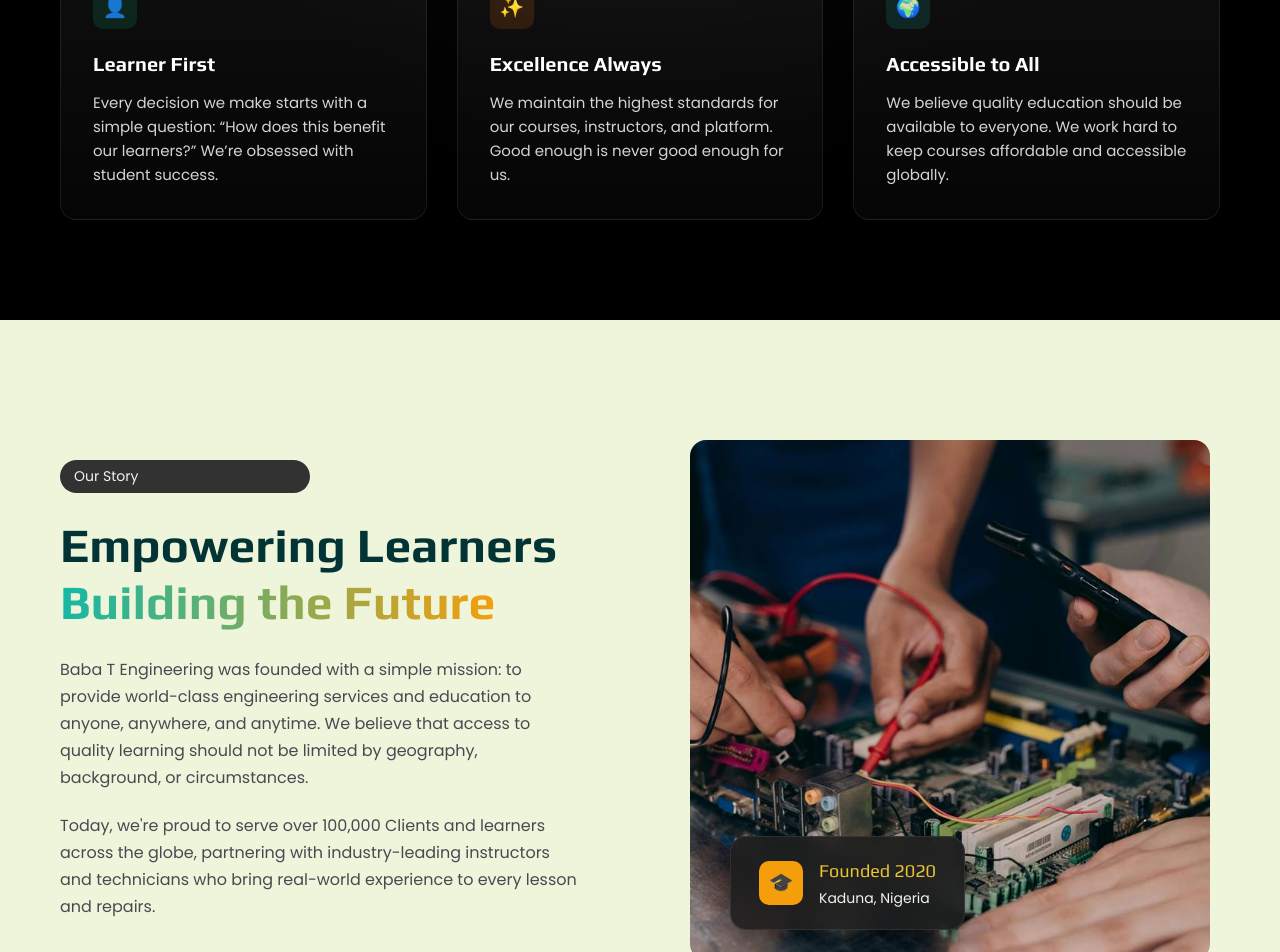
Repository: KC-Minchakpu/babatunde
Page: /
An editor plug-in stored every save of this project. The page is shown before and after the next save, followed by the edit.
The browser window is 1280 px wide. The pictures show the part of the page from y = 1248 to 2200 px (the page is 2328 px tall).
The project was rebuilt for these pictures with package versions that can differ from the ones it lists, and the page was loaded fresh each time. The framework's server and built-in components were replaced by stand-ins that run in the browser. Also part of the build but not shown: next.config.ts.

Above is the page before, as saved 2026-02-14 22:36:52.

### src/app/layout.tsx
import type { Metadata } from "next";
import { Play, Poppins } from "next/font/google";
import "./globals.css";
import Header from "@/components/Header/Header";

const play = Play({
  variable: "--font-play",
  subsets: ["latin"],
  weight: ["400", "700"],
});

const poppins = Poppins({
  variable: "--font-poppins",
  subsets: ["latin"],
  weight: ["400", "500", "600", "700"],
});

export const metadata: Metadata = {
  title: "Create Next App",
  description: "Generated by create next app",
};

export default function RootLayout({
  children,
}: Readonly<{
  children: React.ReactNode;
}>) {
  return (
    <html lang="en">
      <body
        className={`${play.variable} ${poppins.variable} antialiased`}
      >
        <Header />
        {children}
      </body>
    </html>
  );
}

### src/app/page.tsx
import Hero from "@/components/Hero/Hero";
import Values from "@/components/Values/Values";
import Story from "@/components/Story/Story";


export default function Home() {
  return (
    <>
     <main>
      <Hero />
      <Values />
      <Story />
     </main>
    </>
  );
}

### src/app/globals.css
@import "tailwindcss";

:root {
  --background: #023436;
  --foreground: #f0f0f0;
}

body {
  background: var(--background);
  color: var(--foreground);
  font-family: var(--font-poppins);
}

h1, h2, h3, h4, h5, h6 {
  font-family: var(--font-play);
}

h1 {
  color: red;
  font-size: 35px;
}

### src/components/Header/Header.tsx
"use client";

import Link from "next/link";
import styles from "./Header.module.css";
import { useState } from "react";

const Header = () => {
  const [isOpen, setIsOpen] = useState(false);

  return (
    <header className={styles.header}>
      <div className={styles.container}>
        {/* Logo */}
        <div className={styles.logo}>
          <span className={styles.logoCircle}>Ed</span>
          <span className={styles.logoText}>Baba T </span>
        </div>

        {/* Navigation */}
        <nav className={styles.nav}>
          <Link href="/">Home</Link>

          <div
            className={styles.dropdown}
            onMouseEnter={() => setIsOpen(true)}
            onMouseLeave={() => setIsOpen(false)}
          >
            <span className={styles.dropdownToggle}>About</span>

            {isOpen && (
              <div className={styles.dropdownMenu}>
                <Link href="/about/history">Our History</Link>
                <Link href="/about/team">Our Team</Link>
                <Link href="/about/mission">Mission & Vision</Link>
                <Link href="/about/values">Core Values</Link>
                <Link href="/about/careers">Careers</Link>
              </div>
            )}
          </div>

          <Link href="/students-life">Students Life</Link>
          <Link href="/services">Services</Link>
          <Link href="/training-programs">Training Programs</Link>
          <Link href="/blog">Blog</Link>
          <Link href="/contact">Contact Us</Link>
        </nav>

        {/* Auth Buttons */}
        <div className={styles.actions}>
          <button className={styles.signIn}>Sign In</button>
          <button className={styles.signUp}>Sign Up</button>
        </div>
      </div>
    </header>
  );
};

export default Header;

### src/components/Hero/Hero.tsx
import Image from "next/image";
import styles from "./Hero.module.css";

export default function Hero() {
  return (
    <section className={styles.hero}>
      <div className={styles.container}>
        {/* LEFT CONTENT */}
        <div className={styles.left}>
          <span className={styles.badge}>
            — EXCELLENCE IN CIRCUIT REPAIR AND MAINTENANCE
          </span>

          <h1 className={styles.title}>
            Restoring Power, <br /> Precision, and Performance
          </h1>

          <p className={styles.description}>
            At Baba T Engineering, we specialize in professional electronic hardware
            repairs, with a focus on computer motherboards, laptops, and other
            critical devices. We combine expert craftsmanship with cutting-edge
            diagnostic tools to bring your electronics back to life — fast,
            affordable, and reliable.
          </p>

          <div className={styles.buttonGroup}>
            <button className={styles.primaryBtn}>Book a Repair</button>
            <button className={styles.secondaryBtn}>Apply Today!</button>
          </div>

          {/* STATS */}
          <div className={styles.stats}>
            <div className={styles.stat}>
              <h3>25+</h3>
              <p>Years Experience</p>
            </div>

            <div className={styles.stat}>
              <h3>5000+</h3>
              <p>Devices Repaired</p>
            </div>

            <div className={styles.stat}>
              <h3>3000+</h3>
              <p>Satisfied Clients</p>
            </div>
          </div>
        </div>

        {/* RIGHT IMAGE */}
        <div className={styles.right}>
          <div className={styles.imageWrapper}>
            <Image
              src="/images/misc-16.jpeg"
              alt="Construction worker"
              fill
              className={styles.image}
              priority
            />

            <div className={styles.overlayCard}>
              <h4>ISO 9001:2015</h4>
              <p>Certified Construction</p>
            </div>
          </div>
        </div>
      </div>
    </section>
  );
}

### src/components/Values/Values.tsx
import styles from "./Values.module.css";

export default function Values() {
  return (
    <section className={styles.values}>
      <div className={styles.container}>
        {/* Header */}
        <div className={styles.header}>
          <h2>Our Values</h2>
          <p>These core principles guide everything we do at Baba T Engineering.</p>
        </div>

        {/* Cards */}
        <div className={styles.grid}>
          <div className={styles.card}>
            <div className={`${styles.icon} ${styles.iconGreen}`}>
              👤
            </div>
            <h3>Learner First</h3>
            <p>
              Every decision we make starts with a simple question: “How does
              this benefit our learners?” We’re obsessed with student success.
            </p>
          </div>

          <div className={styles.card}>
            <div className={`${styles.icon} ${styles.iconOrange}`}>
              ✨
            </div>
            <h3>Excellence Always</h3>
            <p>
              We maintain the highest standards for our courses, instructors,
              and platform. Good enough is never good enough for us.
            </p>
          </div>

          <div className={styles.card}>
            <div className={`${styles.icon} ${styles.iconTeal}`}>
              🌍
            </div>
            <h3>Accessible to All</h3>
            <p>
              We believe quality education should be available to everyone. We
              work hard to keep courses affordable and accessible globally.
            </p>
          </div>
        </div>
      </div>
    </section>
  );
}

### src/components/Story/Story.tsx
import Image from "next/image";
import styles from "./Story.module.css";

export default function Story() {
  return (
    <section className={styles.story}>
      <div className={styles.container}>
        {/* LEFT CONTENT */}
        <div className={styles.left}>
          <span className={styles.badge}>Our Story</span>

          <h2 className={styles.title}>
            Empowering Learners<br />
            <span>Building the Future</span>
          </h2>

          <p className={styles.description}>
            Baba T Engineering was founded with a simple mission: to provide world-class
            engineering services and education to anyone, anywhere, and anytime. We believe that access to quality
            learning should not be limited by geography, background, or
            circumstances.
          </p>

          <p className={styles.description}>
            Today, we&apos;re proud to serve over 100,000 Clients and learners across the globe,
            partnering with industry-leading instructors and technicians who bring real-world
            experience to every lesson and repairs.
          </p>
        </div>

        {/* RIGHT IMAGE */}
        <div className={styles.right}>
          <div className={styles.imageWrapper}>
            <Image
              src="/images/power-systems.jpg"
              alt="Technician working on power systems"
              fill
              className={styles.image}
              priority
            />

            <div className={styles.floatingCard}>
              <div className={styles.icon}>🎓</div>
              <div>
                <h4>Founded 2020</h4>
                <p>Kaduna, Nigeria</p>
              </div>
            </div>
          </div>
        </div>
      </div>
    </section>
  );
}

### src/components/Header/Header.module.css
.header {
  width: 100%;
  height: 100px;
  background: #0F1A20;
  padding: 20px;
  position: sticky;
  top: 0;
  z-index: 1000;
}

.container {
  width: 90%;
  margin: 0 auto;
  display: flex;
  align-items: center;
  justify-content: space-between;
}

/* Logo */
.logo {
  display: flex;
  align-items: center;
  gap: 8px;
  cursor: pointer;
}

.logoCircle {
  width: 40px;
  height: 40px;
  border-radius: 50%;
  background: linear-gradient(135deg, #8e2de2, #4a00e0);
  display: flex;
  align-items: center;
  justify-content: center;
  color: white;
  font-weight: bold;
}

.logoText {
  font-size: 22px;
  font-weight: 600;
  color: #ffffff;
}

/* Nav */
.nav {
  display: flex;
  align-items: center;
  gap: 24px;
  font-family: 'Play', sans-serif;

}

.nav a,
.dropdownToggle {
  color: #ffffff;
  text-decoration: none;
  font-size: 19px;
  cursor: pointer;
  position: relative;
  transition: color 0.3s ease;
}

.nav a:hover,
.dropdownToggle:hover {
  color: #FFD23F;
}

/* Dropdown */
.dropdown {
  position: relative;
}

.dropdownMenu {
  position: absolute;
  width: 250px;
  top: 35px;
  left: 0;
  background: #0F1A20;
  border-radius: 8px;
  padding: 10px 0;
  min-width: 180px;
  box-shadow: 0 10px 25px rgba(0, 0, 0, 0.15);
  display: flex;
  flex-direction: column;
}

.dropdownMenu a {
  padding: 10px 16px;
  color: #ffffff;
  font-size: 19px;
  text-decoration: none;
  transition: background 0.2s ease;
}

.dropdownMenu a:hover {
  color: #FFD23F;
}

/* Buttons */
.actions {
  display: flex;
  gap: 12px;
}

.signIn {
  padding: 8px 18px;
  border-radius: 8px;
  border: none;
  cursor: pointer;
  color: white;
  background: linear-gradient(135deg, #8e2de2, #4a00e0);
  font-size: 14px;
}

.signUp {
  padding: 8px 18px;
  border-radius: 8px;
  border: none;
  cursor: pointer;
  color: white;
  background: linear-gradient(135deg, #667eea, #764ba2);
  font-size: 14px;
}

/* Responsive */
@media (max-width: 1024px) {
  .nav {
    display: none;
  }
}

### src/components/Hero/Hero.module.css
.hero {
  width: 100%;
  padding: 100px 0;
  background: linear-gradient(
      to right,
      rgba(248, 250, 252, 0.95),
      rgba(248, 250, 252, 0.8)
    ),
    url("/hero-bg-pattern.png");
  background-size: cover;
  background-position: center;
}

.container {
  max-width: 1200px;
  margin: 0 auto;
  padding: 0 20px;
  display: flex;
  align-items: center;
  justify-content: space-between;
  gap: 60px;
}

.left {
  flex: 1;
}

.badge {
  font-size: 14px;
  font-weight: 600;
  color: #1d4ed8;
  letter-spacing: 1px;
  display: inline-block;
  margin-bottom: 20px;
}

.title {
  font-size: 52px;
  font-weight: 800;
  line-height: 1.2;
  color: #0f172a;
  margin-bottom: 24px;
}

.description {
  font-size: 18px;
  color: #475569;
  line-height: 1.6;
  margin-bottom: 32px;
  max-width: 520px;
}

.buttonGroup {
  display: flex;
  gap: 16px;
  margin-bottom: 50px;
}

.primaryBtn {
  background-color: #0B0A07;
  color: #fff;
  padding: 14px 28px;
  border-radius: 6px;
  border: none;
  font-weight: 600;
  cursor: pointer;
  transition: 0.3s ease;
}

.primaryBtn:hover {
  background-color: #1e40af;
}

.secondaryBtn {
  background-color: #023436;
  border: 2px solid #EAC435;
  padding: 14px 28px;
  border-radius: 6px;
  font-weight: 600;
  cursor: pointer;
  transition: 0.3s ease;
}

.secondaryBtn:hover {
  background-color: #f1f5f9;
}

/* STATS */
.stats {
  display: flex;
  gap: 50px;
}

.stat h3 {
  font-size: 28px;
  color: #0f172a;
  font-weight: 700;
  margin-bottom: 6px;
}

.stat p {
  font-size: 14px;
  color: #64748b;
}

/* RIGHT SIDE */
.right {
  flex: 1;
  display: flex;
  justify-content: center;
}

.imageWrapper {
  position: relative;
  width: 100%;
  max-width: 520px;
  height: 420px;
  border-radius: 16px;
  overflow: hidden;
  box-shadow: 0 20px 40px rgba(0, 0, 0, 0.08);
}

.image {
  object-fit: cover;
}

/* Overlay Card */
.overlayCard {
  position: absolute;
  bottom: 30px;
  left: 30px;
  background-color: #1d4ed8;
  color: white;
  padding: 18px 24px;
  border-radius: 8px;
  box-shadow: 0 10px 25px rgba(0, 0, 0, 0.15);
}

.overlayCard h4 {
  margin: 0;
  font-size: 18px;
  font-weight: 700;
}

.overlayCard p {
  margin: 4px 0 0;
  font-size: 14px;
}

/* RESPONSIVE */
@media (max-width: 1024px) {
  .container {
    flex-direction: column;
    text-align: center;
  }

  .description {
    margin: 0 auto 32px;
  }

  .buttonGroup {
    justify-content: center;
  }

  .stats {
    justify-content: center;
  }

  .overlayCard {
    left: 50%;
    transform: translateX(-50%);
  }
}

@media (max-width: 768px) {
  .title {
    font-size: 36px;
  }

  .imageWrapper {
    height: 300px;
  }

  .stats {
    flex-direction: column;
    gap: 20px;
  }
}

### src/components/Values/Values.module.css
.values {
  background: radial-gradient(
      circle at top,
      rgba(255, 255, 255, 0.04),
      transparent 60%
    ),
    #000;
  padding: 100px 0;
  color: #fff;
}

.container {
  max-width: 1200px;
  margin: 0 auto;
  padding: 0 20px;
}

.header {
  text-align: center;
  margin-bottom: 70px;
}

.header h2 {
  font-size: 40px;
  font-weight: 700;
  margin-bottom: 12px;
}

.header p {
  font-size: 16px;
  color: #a1a1aa;
}

/* GRID */
.grid {
  display: grid;
  grid-template-columns: repeat(3, 1fr);
  gap: 30px;
}

/* CARD */
.card {
  background: linear-gradient(
    180deg,
    rgba(255, 255, 255, 0.06),
    rgba(255, 255, 255, 0.02)
  );
  border: 1px solid rgba(255, 255, 255, 0.08);
  border-radius: 16px;
  padding: 32px;
  transition: transform 0.3s ease, box-shadow 0.3s ease;
}

.card:hover {
  transform: translateY(-6px);
  box-shadow: 0 20px 40px rgba(0, 0, 0, 0.6);
}

.card h3 {
  font-size: 20px;
  font-weight: 600;
  margin-bottom: 12px;
}

.card p {
  font-size: 15px;
  line-height: 1.6;
  color: #d4d4d8;
}

/* ICON */
.icon {
  width: 44px;
  height: 44px;
  border-radius: 10px;
  display: flex;
  align-items: center;
  justify-content: center;
  font-size: 20px;
  margin-bottom: 20px;
}

.iconGreen {
  background: rgba(16, 185, 129, 0.15);
  color: #10b981;
}

.iconOrange {
  background: rgba(249, 115, 22, 0.15);
  color: #f97316;
}

.iconTeal {
  background: rgba(20, 184, 166, 0.15);
  color: #14b8a6;
}

/* RESPONSIVE */
@media (max-width: 1024px) {
  .grid {
    grid-template-columns: 1fr;
  }

  .card {
    text-align: left;
  }
}

@media (max-width: 600px) {
  .header h2 {
    font-size: 32px;
  }
}

### src/components/Story/Story.module.css
.story {
  background: #EEF5DB;
  padding: 120px 0;
  color: #023436;
}

.container {
  max-width: 1200px;
  margin: 0 auto;
  padding: 0 20px;
  display: flex;
  align-items: center;
  gap: 80px;
}

/* LEFT */
.left {
  flex: 1;
}

.badge {
  display: inline-block;
  width: 250px;
  padding: 6px 14px;
  background: #333232;
  color: #f1f1f1;
  font-size: 14px;
  border-radius: 999px;
  margin-bottom: 24px;
}

.title {
  font-size: 48px;
  font-weight: 700;
  line-height: 1.2;
  margin-bottom: 24px;
}

.title span {
  background: linear-gradient(90deg, #14b8a6, #f59e0b);
  -webkit-background-clip: text;
  background-clip: text;
  -webkit-text-fill-color: transparent;
}

.description {
  color: #444c52;
  line-height: 1.7;
  font-size: 16px;
  margin-bottom: 20px;
  max-width: 520px;
}

/* RIGHT */
.right {
  flex: 1;
  display: flex;
  justify-content: center;
}

.imageWrapper {
  position: relative;
  width: 100%;
  max-width: 520px;
  height: 520px;
  border-radius: 16px;
  overflow: hidden;
}

.image {
  object-fit: cover;
}

/* FLOATING CARD */
.floatingCard {
  position: absolute;
  bottom: 30px;
  left: 40px;
  display: flex;
  align-items: center;
  gap: 16px;

  background: rgba(30, 30, 30, 0.9);
  -webkit-backdrop-filter: blur(10px);
  backdrop-filter: blur(10px);
  padding: 20px 28px;
  border-radius: 16px;
  border: 1px solid rgba(255, 255, 255, 0.08);

  box-shadow: 0 25px 50px rgba(0, 0, 0, 0.5);
}

.icon {
  width: 44px;
  height: 44px;
  background: #f59e0b;
  color: #14b8a6;
  display: flex;
  align-items: center;
  justify-content: center;
  border-radius: 10px;
  font-size: 20px;
}

.floatingCard h4 {
  font-size: 18px;
  margin: 0;
  color: #EAC435;
}

.floatingCard p {
  font-size: 14px;
  margin: 4px 0 0;
  color: #f1f1f1;
}

/* RESPONSIVE */
@media (max-width: 1024px) {
  .container {
    flex-direction: column;
    text-align: center;
  }

  .description {
    margin: 0 auto 20px;
  }

  .floatingCard {
    left: 50%;
    transform: translateX(-50%);
    bottom: -40px;
  }
}

@media (max-width: 768px) {
  .title {
    font-size: 36px;
  }

  .imageWrapper {
    height: 380px;
  }
}

After the next save:
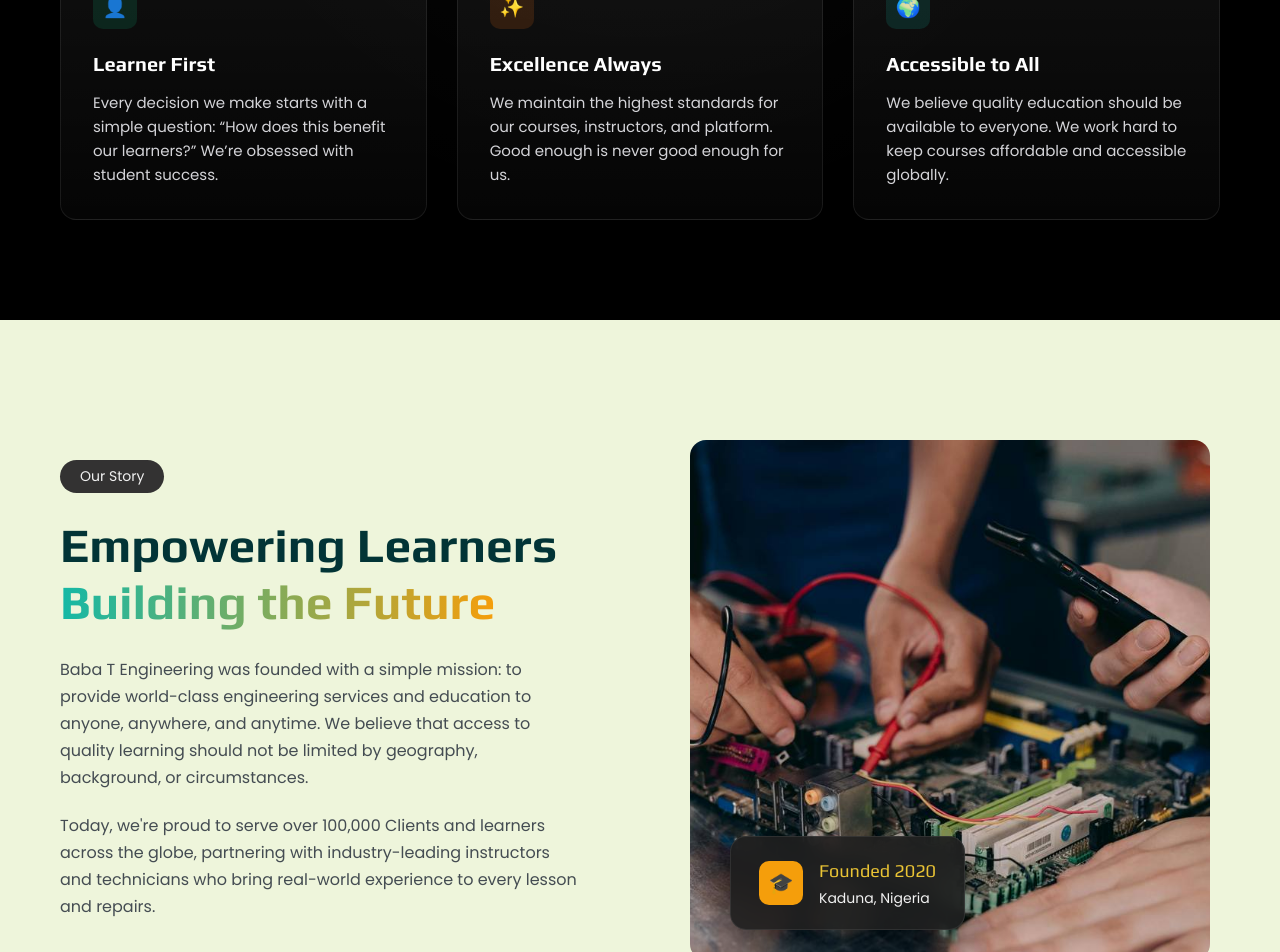
Saved 20 s later.
--- a/src/components/Story/Story.module.css
+++ b/src/components/Story/Story.module.css
@@ -20,8 +20,7 @@
 
 .badge {
   display: inline-block;
-  width: 250px;
-  padding: 6px 14px;
+  padding: 6px 20px;
   background: #333232;
   color: #f1f1f1;
   font-size: 14px;
